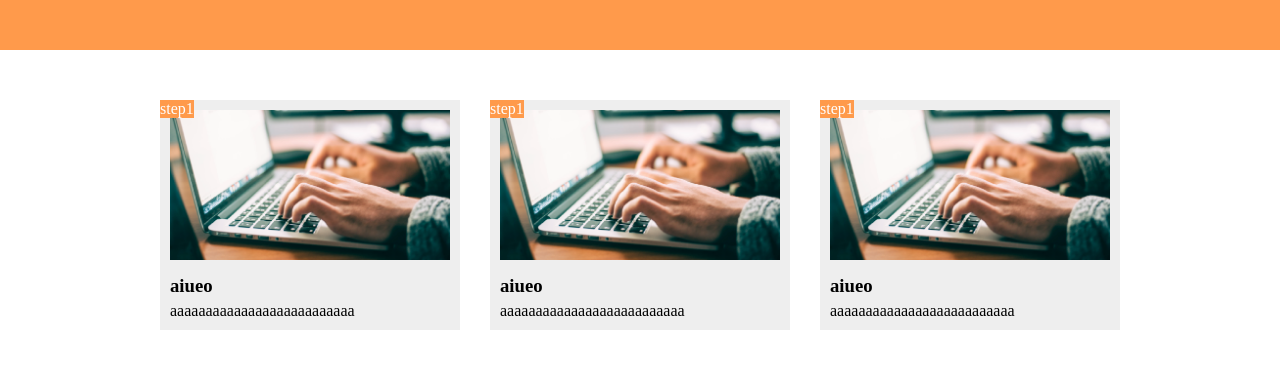
Repository: shimizuayuka/wcp_PHP
Page: chapter9/index.html
The author's editor kept a record of every edit. The page is drawn from the files as they stood at one moment, then again after the next edit.
The browser window is 1280 px wide. The pictures show the whole page.

Above is the page before.

After the next edit:
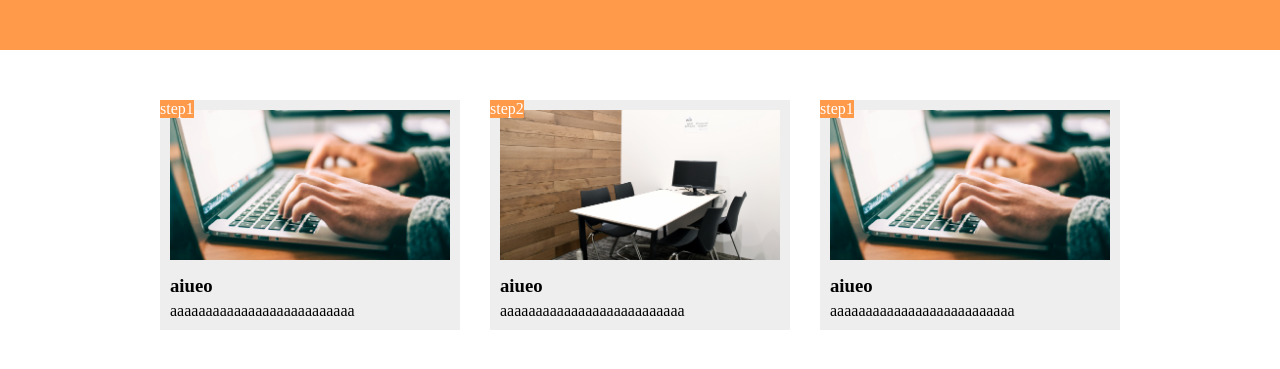
The edit:
--- a/chapter9/index.html
+++ b/chapter9/index.html
@@ -17,8 +17,8 @@
         </p>
       </div>
       <div class="step-box">
-        <div class="step-img1"></div>
-        <sapn class="step-num">step1</sapn>
+        <div class="step-img2"></div>
+        <sapn class="step-num">step2</sapn>
         <h3 class="title">aiueo</h3>
         <p class="text">
           aaaaaaaaaaaaaaaaaaaaaaaaaa
